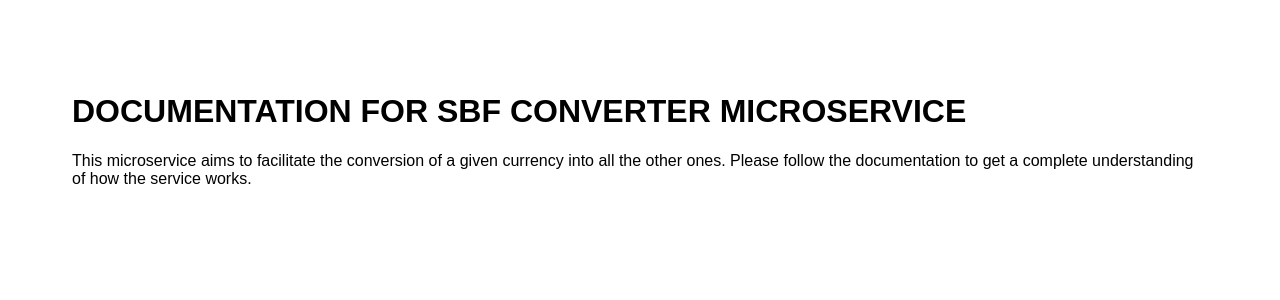
Repository: miguelamello/nestjs-restful-api
Page: documentation.html
An editor plug-in stored every save of this project. The page is shown before and after a run of saves, followed by the edit.
The browser window is 1280 px wide. The pictures show the whole page.

Above is the page before, as saved 2023-03-21 21:48:38.

### documentation.html
<!DOCTYPE html>
<html lang="en">
<head>
  <meta charset="UTF-8">
  <meta http-equiv="X-UA-Compatible" content="IE=edge">
  <meta name="viewport" content="width=device-width, initial-scale=1.0">
  <title>SBF Converter Documentation</title>
  <style>
    body {
      font-family: Arial, Helvetica, sans-serif;
      padding: 5%;
    }
  </style>
</head>
<body>
  <H1>DOCUMENTATION FOR SBF CONVERTER MICROSERVICE</H1>
  <p>This microservice aims to facilitate the conversion of a given currency
    into all the other ones. Please follow the documentation to get a complete
  understanding of how the service works. </p>
</body>
</html>

After the next 3 saves:
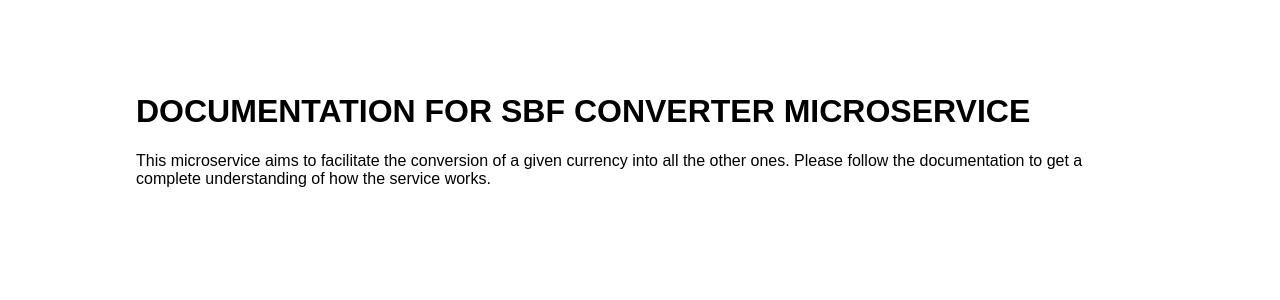
The 3 saves are shown as one change because they came seconds apart.
The last was saved 23 s later.
--- a/documentation.html
+++ b/documentation.html
@@ -8,7 +8,7 @@
   <style>
     body {
       font-family: Arial, Helvetica, sans-serif;
-      padding: 5%;
+      padding: 5% 10%;
     }
   </style>
 </head>

After the save that followed:
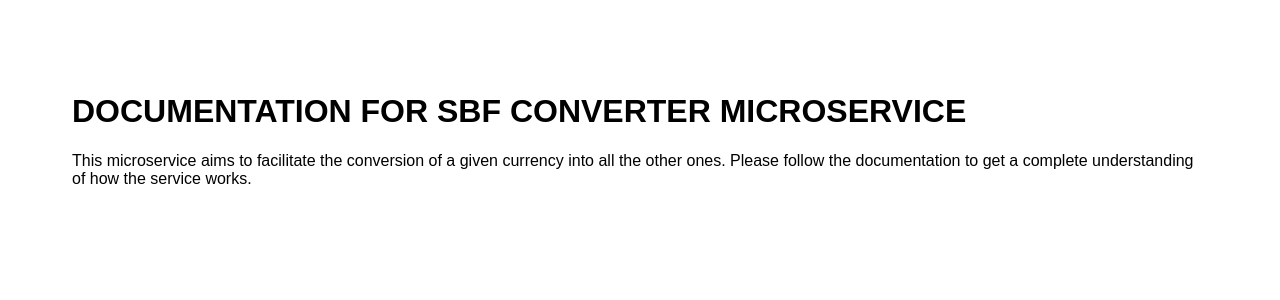
Saved 46 s later.
--- a/documentation.html
+++ b/documentation.html
@@ -8,7 +8,7 @@
   <style>
     body {
       font-family: Arial, Helvetica, sans-serif;
-      padding: 5% 10%;
+      padding: 5%;
     }
   </style>
 </head>
